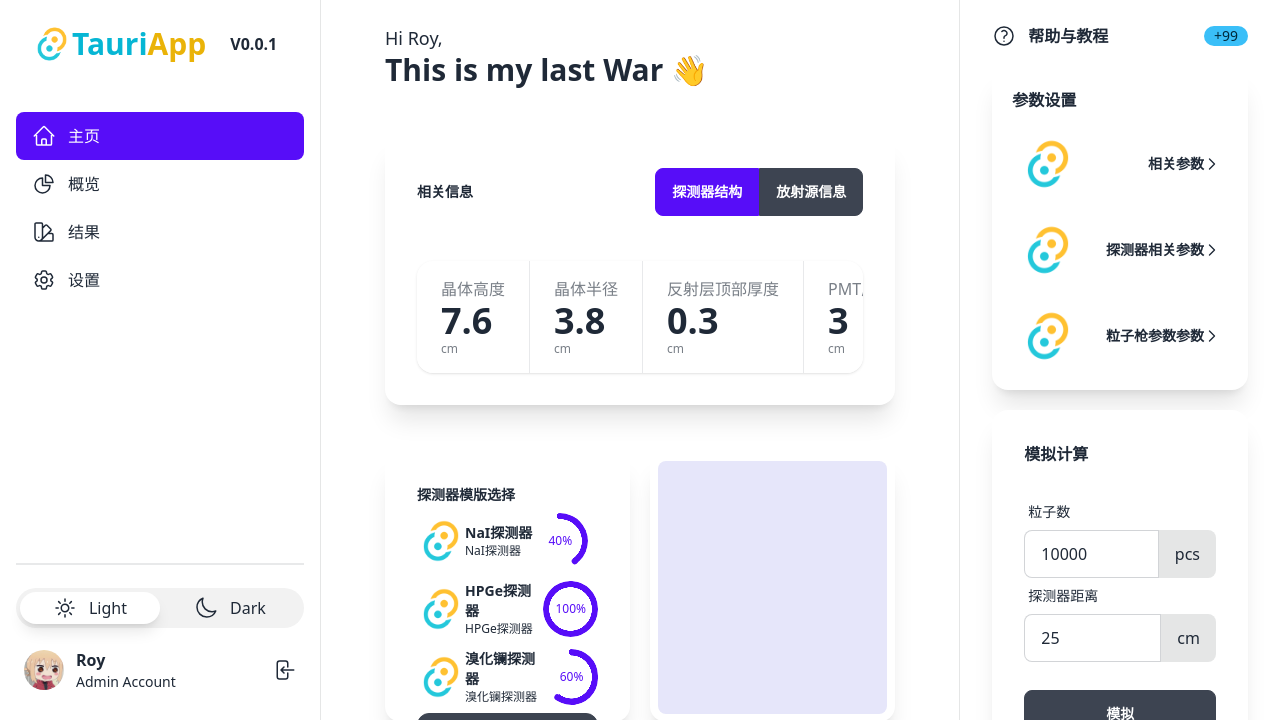
Repository: XMZOVO/tauri-geant4
Page: /
An editor plug-in stored every save of this project. The page is shown before and after the next save, followed by the edit.
The browser window is 1280 px wide. The pictures show the whole page.
The page's requests for data from a server got no answer. An inner scrolling area shows only its first screen. The project was rebuilt for these pictures with package versions that can differ from the ones it lists, and the page was loaded fresh each time. No one was signed in, and anything a server would have sent is missing. Also part of the build but not shown: vite.config.ts.

Above is the page before, as saved 2022-09-11 19:07:33.

### src/main.ts
import { createApp } from "vue";
import App from "./App.vue";
import "./index.css";
import { Router } from "./router";
import { createPinia } from "pinia";

const pinia = createPinia();

createApp(App).use(pinia).use(Router).mount("#app");

### src/router/index.ts
import { createRouter, createWebHistory } from "vue-router";

const routes = [
  {
    path: "",
    component: () => import("../components/MainWindow.vue"),
    children: [
      {
        path: "",
        component: () => import("../components/Home.vue"),
      },
      {
        path: "Setting",
        component: () => import("../components/Setting.vue"),
      },
      {
        path: "Results",
        component: () => import("../components/Results.vue"),
      },
      {
        path: "Overview",
        component: () => import("../components/Overview.vue"),
      },
      // {
      //   path: "Plan",
      //   component: () => import("../components/Plan.vue"),
      // },
    ],
  },
];

export const Router = createRouter({
  scrollBehavior: () => ({ left: 0, top: 0 }),
  history: createWebHistory(),
  routes,
});

### src/components/Home.vue
<script setup lang="ts">
import { ref, onMounted } from "vue";
import { invoke } from "@tauri-apps/api/tauri";
import { useRouter, onBeforeRouteLeave, onBeforeRouteUpdate } from "vue-router";
import path from "path";
import { exit } from "@tauri-apps/api/process";
import { fetch } from "@tauri-apps/api/http";

const router = useRouter();
const greetMsg = ref("");
const name = ref("");
let specFile = ref("");
let JSRootPath = ref("/JsRoot720/");

let detectorSrc = ref(
  JSRootPath.value +
    "index.htm?nobrowser&file=http://localhost:8080/file/G4Backend/build/rootFiles/test.root&item=Default;1&opt=ssao;transp60"
);

const parametersNames = ref([
  { name: "探测器结构", checked: true },
  { name: "放射源信息", checked: false },
]);
const selectedName = ref("钻井液性能");
const detectorProperties = ref([
  { name: "晶体高度", value: 7.6, unit: "cm" },
  { name: "晶体半径", value: 3.8, unit: "cm" },
  { name: "反射层顶部厚度", value: "0.3", unit: "cm" },
  { name: "PMT厚度", value: 3, unit: "cm" },
]);
const radioactiveProperties = ref([
  { name: "放射性同位素", value: "Co60", unit: "" },
  { name: "粒子数", value: 1000, unit: "" },
  { name: "3", value: 20, unit: "" },
  { name: "4", value: 0.02, unit: "" },
  { name: "5", value: 10, unit: "" },
]);
const detectorList = ref([
  { name: "NaI探测器", percent: 40 },
  { name: "HPGe探测器", percent: 100 },
  { name: "溴化镧探测器", percent: 60 },
]);
const paticleParameters = ref([
  { name: "粒子数", value: 10000, unit: "pcs" },
  { name: "探测器距离", value: 25, unit: "cm" },
]);
const btnWait = ref("");

async function greet() {
  greetMsg.value = await invoke("greet", { name: name.value });
}

onMounted(async () => {});

const parametersInfoChanged = (name: String) => {
  if (name == "探测器结构") {
    parametersNames.value[0].checked = true;
    parametersNames.value[1].checked = false;
  } else {
    parametersNames.value[0].checked = false;
    parametersNames.value[1].checked = true;
  }
};

const executeCalculate = async () => {
  if (paticleParameters.value[0].value > 10000000) {
    alert("粒子数过大");
    return;
  }
  btnWait.value = "loading";
  const response = await fetch("http://localhost:8080/g4", {
    method: "POST",
    query: {
      ch: detectorProperties.value[0].value.toString(),
      cr: detectorProperties.value[1].value.toString(),
      rtt: detectorProperties.value[2].value.toString(),
      num: paticleParameters.value[0].value.toString(),
    },
  }).then((res) => {
    btnWait.value = "";
    router.push({ path: "/Overview" });
  });
};

const refreshDetector = async () => {
  detectorSrc.value = " ";
  await fetch("http://localhost:8080/gdml", {
    method: "GET",
    query: {
      ch: detectorProperties.value[0].value.toString(),
      cr: detectorProperties.value[1].value.toString(),
      rtt: detectorProperties.value[2].value.toString(),
      pmt: detectorProperties.value[3].value.toString(),
    },
  }).then(() => {
    // let iframe: any = document.getElementById("iframe");
    // iframe.contentWindow.location.reload(true);
    detectorSrc.value =
      JSRootPath.value +
      "index.htm?nobrowser&file=http://localhost:8080/file/G4Backend/build/rootFiles/wtest.root&item=Default;1&opt=ssao;transp60";
  });
};

const exitApp = async () => {
  await exit(1);
};
</script>

<template>
  <!-- <div class="card">
    <input id="greet-input" v-model="name" placeholder="Enter a name..." />
    <button type="button" @click="greet()">Greet</button>
  </div>

  <p>{{ greetMsg }}</p> -->

  <div class="flex h-full w-full">
    <div class="w-2/3 space-y-12 border-r border-base-300 py-6 px-16">
      <div class="h-auto">
        <span class="block text-lg font-normal">Hi Roy,</span>
        <span class="block text-3xl font-bold"
          >This is my last War &#128075;</span
        >
      </div>
      <div class="card h-2/5 w-full shadow-xl">
        <div class="card-body justify-between">
          <div class="flex justify-between">
            <p class="card-title text-sm">相关信息</p>
            <!-- 选择框 -->
            <!-- <div class="form-control w-1/3 max-w-xs">
              <select
                class="select select-bordered focus:outline-none"
                @change="parametersInfoChanged($event)"
              >
                <option v-for="item in parametersNames">{{ item }}</option>
              </select>
            </div> -->
            <div class="btn-group">
              <input
                v-for="item in parametersNames"
                type="radio"
                name="options"
                :data-title="item.name"
                class="btn"
                :checked="item.checked"
                @change="parametersInfoChanged(item.name)"
              />
            </div>
          </div>
          <!-- 统计信息 -->
          <div
            class="stats stats-vertical overflow-hidden shadow lg:stats-horizontal"
          >
            <div
              class="stat"
              v-if="parametersNames[0].checked"
              v-for="item in detectorProperties"
            >
              <div class="stat-title">{{ item.name }}</div>
              <div class="stat-value">{{ item.value }}</div>
              <div class="stat-desc">{{ item.unit }}</div>
            </div>
            <div
              class="stat"
              v-if="parametersNames[1].checked"
              v-for="item in radioactiveProperties"
            >
              <div class="stat-title">{{ item.name }}</div>
              <div class="stat-value">{{ item.value }}</div>
              <div class="stat-desc">{{ item.unit }}</div>
            </div>
          </div>
        </div>
      </div>
      <!-- 底部双卡片 -->
      <div class="flex h-2/5 space-x-5">
        <!-- 1 -->
        <div class="card w-1/2 bg-base-100 shadow-xl">
          <div class="card-body">
            <p class="text-sm font-semibold">探测器模版选择</p>
            <!-- item -->
            <div class="flex flex-col gap-3">
              <div
                v-for="(item, index) in detectorList"
                class="flex items-center"
              >
                <img src="../assets/icon.png" class="h-12 w-12" />
                <div class="flex flex-col">
                  <p class="text-sm font-semibold">{{ item.name }}</p>
                  <p class="text-xs">{{ item.name }}</p>
                </div>
                <div
                  class="radial-progress text-xs text-primary"
                  :style="
                    '--value: ' +
                    item.percent +
                    '; --size: 3.5rem; --thickness: 6px'
                  "
                >
                  {{ item.percent }}%
                </div>
              </div>
            </div>
            <btn class="btn rounded-xl"> 更多模版</btn>
          </div>
        </div>
        <!-- 2 -->
        <div class="card w-1/2 bg-base-100 shadow-xl">
          <div class="card-body p-2">
            <iframe
              :src="detectorSrc"
              frameborder="0"
              class="h-full w-full rounded-lg"
            ></iframe>
            <!-- <div class="h-full w-full bg-black" id="drawing"></div> -->
          </div>
        </div>
      </div>
    </div>

    <!-- 右侧 -->
    <div class="w-1/3 flex-col space-y-5 px-8 pt-6">
      <!-- 帮助 -->
      <div class="flex items-center justify-between">
        <div class="flex items-center space-x-3">
          <svg
            xmlns="http://www.w3.org/2000/svg"
            fill="none"
            viewBox="0 0 24 24"
            stroke-width="1.5"
            stroke="currentColor"
            class="h-6 w-6"
          >
            <path
              stroke-linecap="round"
              stroke-linejoin="round"
              d="M9.879 7.519c1.171-1.025 3.071-1.025 4.242 0 1.172 1.025 1.172 2.687 0 3.712-.203.179-.43.326-.67.442-.745.361-1.45.999-1.45 1.827v.75M21 12a9 9 0 11-18 0 9 9 0 0118 0zm-9 5.25h.008v.008H12v-.008z"
            />
          </svg>
          <label class="font-bold">帮助与教程</label>
        </div>
        <div class="badge badge-info">+99</div>
      </div>
      <!-- 帮助 -->
      <!-- 卡1 -->
      <div class="flex space-x-5">
        <div class="card w-full overflow-visible bg-base-100 shadow-xl">
          <div class="card-body p-5">
            <div class="flex-col space-y-5">
              <p class="text-md font-bold">参数设置</p>

              <!-- 溢流物 -->
              <div class="dropdown-left dropdown w-full">
                <div
                  tabindex="0"
                  class="flex items-center justify-between rounded-xl px-2 py-1 duration-300 hover:cursor-pointer hover:bg-primary hover:text-base-100"
                >
                  <img src="../assets/icon.png" class="h-14 w-14 rounded-xl" />
                  <div class="flex items-center">
                    <p class="text-sm font-bold">相关参数</p>
                    <svg
                      xmlns="http://www.w3.org/2000/svg"
                      fill="none"
                      viewBox="0 0 24 24"
                      stroke-width="2"
                      stroke="currentColor"
                      class="h-4 w-4"
                    >
                      <path
                        stroke-linecap="round"
                        stroke-linejoin="round"
                        d="M8.25 4.5l7.5 7.5-7.5 7.5"
                      />
                    </svg>
                  </div>
                </div>
                <!-- 浮动窗口 -->
                <div
                  tabindex="0"
                  class="card dropdown-content rounded-box w-full bg-base-100 shadow"
                >
                  <div class="card-body space-y-3">
                    <p class="font-bold">设置相关参数</p>
                    <div
                      v-for="item in overflowParam"
                      class="flex items-center justify-between"
                    >
                      <p>{{ item.name }}</p>
                      <p class="font-bold text-primary">{{ item.percent }}%</p>
                      <input
                        type="range"
                        min="0"
                        max="100"
                        v-model="item.percent"
                        class="range range-xs w-1/2"
                        step="1"
                      />
                    </div>
                  </div>
                </div>
              </div>
              <!-- 溢流物 -->
              <!-- 钻井液 -->
              <div class="dropdown-left dropdown w-full">
                <div
                  tabindex="0"
                  class="flex items-center justify-between rounded-xl px-2 py-1 duration-300 hover:cursor-pointer hover:bg-primary hover:text-base-100"
                >
                  <img src="../assets/icon.png" class="h-14 w-14 rounded-xl" />
                  <div class="flex items-center">
                    <p class="text-sm font-bold">探测器相关参数</p>
                    <svg
                      xmlns="http://www.w3.org/2000/svg"
                      fill="none"
                      viewBox="0 0 24 24"
                      stroke-width="2"
                      stroke="currentColor"
                      class="h-4 w-4"
                    >
                      <path
                        stroke-linecap="round"
                        stroke-linejoin="round"
                        d="M8.25 4.5l7.5 7.5-7.5 7.5"
                      />
                    </svg>
                  </div>
                </div>
                <!-- 浮动窗口 -->
                <div
                  tabindex="0"
                  class="card dropdown-content rounded-box w-96 bg-base-100 shadow"
                >
                  <div class="card-body space-y-1">
                    <div class="flex items-center">
                      <p class="font-bold">设置探测器参数</p>
                      <button class="btn btn-xs" @click="refreshDetector">
                        刷新探测器模型
                      </button>
                    </div>
                    <div
                      v-for="item in detectorProperties"
                      class="form-control"
                    >
                      <label class="label">
                        <span class="label-text">{{ item.name }}</span>
                      </label>
                      <label class="input-group">
                        <input
                          type="text"
                          v-model="item.value"
                          class="input input-bordered w-3/4 focus:outline-none"
                        />
                        <span class="w-1/4">{{ item.unit }}</span>
                      </label>
                    </div>
                  </div>
                </div>
              </div>
              <!-- 钻井液 -->
              <!-- 节流压 -->
              <div class="dropdown-left dropdown w-full">
                <div
                  tabindex="0"
                  class="flex items-center justify-between rounded-xl px-2 py-1 duration-300 hover:cursor-pointer hover:bg-primary hover:text-base-100"
                >
                  <img src="../assets/icon.png" class="h-14 w-14 rounded-xl" />
                  <div class="flex items-center">
                    <p class="text-sm font-bold">粒子枪参数参数</p>
                    <svg
                      xmlns="http://www.w3.org/2000/svg"
                      fill="none"
                      viewBox="0 0 24 24"
                      stroke-width="2"
                      stroke="currentColor"
                      class="h-4 w-4"
                    >
                      <path
                        stroke-linecap="round"
                        stroke-linejoin="round"
                        d="M8.25 4.5l7.5 7.5-7.5 7.5"
                      />
                    </svg>
                  </div>
                </div>
                <!-- 浮动窗口 -->
                <div
                  tabindex="0"
                  class="card dropdown-content rounded-box w-96 bg-base-100 shadow"
                >
                  <div class="card-body space-y-3">
                    <p class="font-bold">设置粒子枪参数</p>
                    <div
                      v-for="item in radioactiveProperties"
                      class="form-control"
                    >
                      <label class="label">
                        <span class="label-text">{{ item.name }}</span>
                      </label>
                      <label class="input-group">
                        <input
                          type="text"
                          v-model="item.value"
                          class="input input-bordered w-3/4 focus:outline-none"
                        />
                        <span class="w-1/4">{{ item.unit }}</span>
                      </label>
                    </div>
                  </div>
                </div>
              </div>
              <!-- 节流压 -->
            </div>
          </div>
        </div>
      </div>
      <!-- 卡2 -->
      <div class="flex space-x-5">
        <div class="card w-full bg-base-100 shadow-xl">
          <div class="card-body space-y-5">
            <p class="text-md font-bold">模拟计算</p>
            <div>
              <div v-for="item in paticleParameters" class="form-control">
                <label class="label">
                  <span class="label-text">{{ item.name }}</span>
                </label>
                <label class="input-group">
                  <input
                    type="text"
                    placeholder="0.01"
                    v-model="item.value"
                    class="input input-bordered w-full focus:outline-none"
                  />
                  <span>{{ item.unit }}</span>
                </label>
              </div>
            </div>
            <!-- 计算 -->
            <button :class="'btn w-full ' + btnWait" @click="executeCalculate">
              模拟
            </button>
          </div>
        </div>
      </div>
    </div>
  </div>
</template>

<style scoped></style>

Loaded but not shown: index.html (common file); src/App.vue (common file); src/index.css (common file); tailwind.config.cjs (common file); public/JsRoot720/modules/d3.mjs (library); public/JsRoot720/modules/gui/HierarchyPainter.mjs (library); public/JsRoot720/modules/io.mjs (3859 lines, source omitted); public/JsRoot720/modules/gpad/TFramePainter.mjs (2781 lines, source omitted); public/JsRoot720/modules/gpad/TPadPainter.mjs (2078 lines, source omitted); public/JsRoot720/modules/gui/menu.mjs (1573 lines, source omitted); public/JsRoot720/modules/core.mjs (1681 lines, source omitted); public/JsRoot720/modules/gui/display.mjs (1711 lines, source omitted); public/JsRoot720/modules/base/ObjectPainter.mjs (1608 lines, source omitted); public/JsRoot720/modules/base/math.mjs (2061 lines, source omitted); public/JsRoot720/modules/gpad/TAxisPainter.mjs (1330 lines, source omitted); public/JsRoot720/modules/hist/TPavePainter.mjs (1257 lines, source omitted); public/JsRoot720/modules/base/latex.mjs (1324 lines, source omitted); public/JsRoot720/modules/draw.mjs (618 lines, source omitted); public/JsRoot720/modules/gui/utils.mjs (511 lines, source omitted); public/JsRoot720/modules/gpad/TCanvasPainter.mjs (756 lines, source omitted); public/JsRoot720/modules/base/BasePainter.mjs (670 lines, source omitted); public/JsRoot720/modules/base/TAttFillHandler.mjs (343 lines, source omitted); public/JsRoot720/modules/base/TAttMarkerHandler.mjs (292 lines, source omitted); public/JsRoot720/modules/gui.mjs (206 lines, source omitted); public/JsRoot720/modules/base/colors.mjs (172 lines, source omitted); public/JsRoot720/modules/base/TAttLineHandler.mjs (166 lines, source omitted); public/JsRoot720/modules/base/FontHandler.mjs (139 lines, source omitted); src/components/MainWindow.vue (303 lines, source omitted)

After the next save:
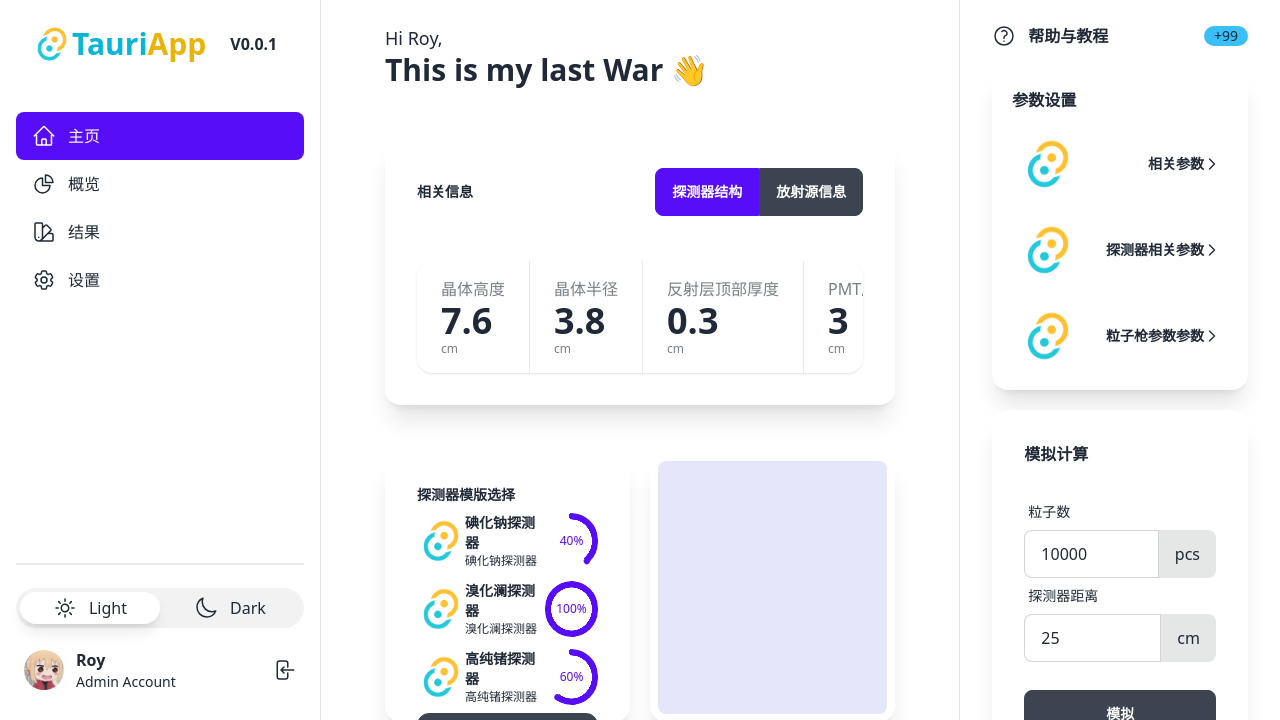
Saved 2 min 44 s later.
--- a/src/components/Home.vue
+++ b/src/components/Home.vue
@@ -36,9 +36,9 @@ const radioactiveProperties = ref([
   { name: "5", value: 10, unit: "" },
 ]);
 const detectorList = ref([
-  { name: "NaI探测器", percent: 40 },
-  { name: "HPGe探测器", percent: 100 },
-  { name: "溴化镧探测器", percent: 60 },
+  { name: "碘化钠探测器", percent: 40, description: "sodium-iodide detector" },
+  { name: "溴化澜探测器", percent: 100, description: "sodium-iodide detector" },
+  { name: "高纯锗探测器", percent: 60, description: "sodium-iodide detector" },
 ]);
 const paticleParameters = ref([
   { name: "粒子数", value: 10000, unit: "pcs" },
